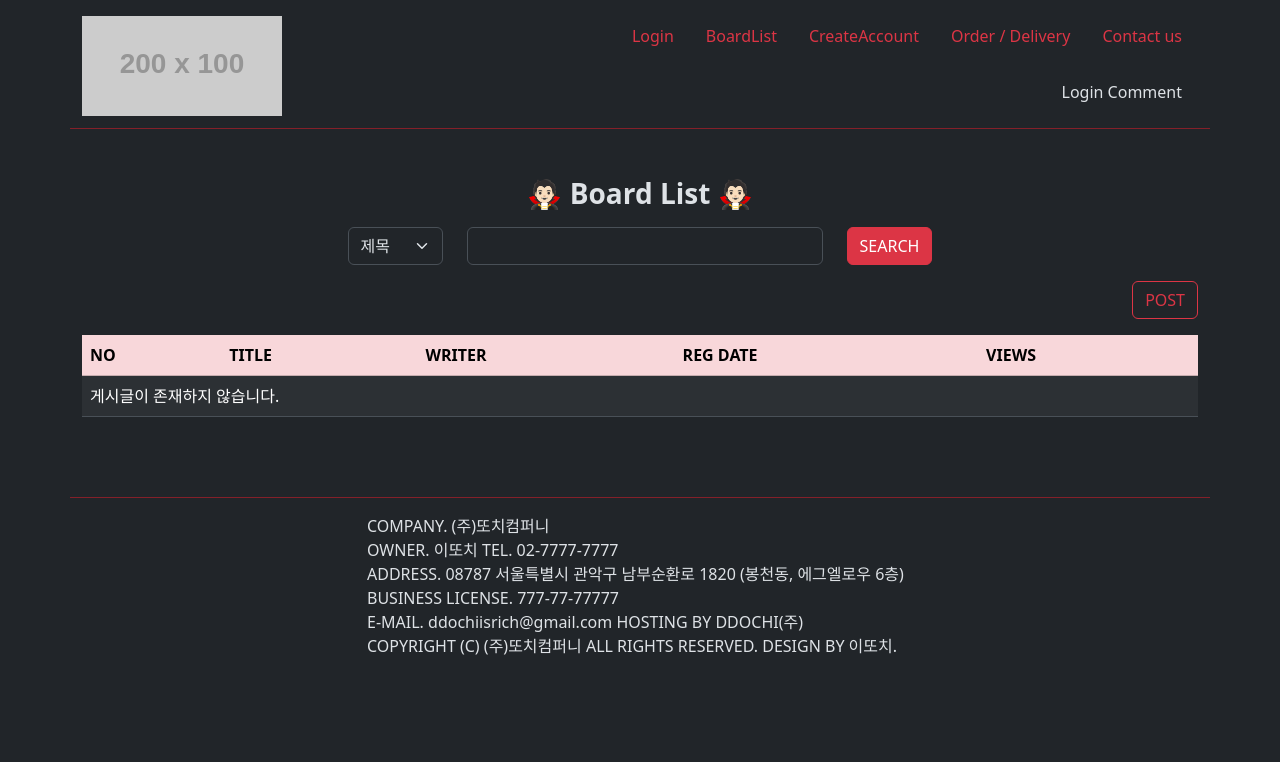
Repository: ddochiisrich/Ddochi-Web
Page: http://localhost/JSPClassCh06/WEB-INF/board/boardList.jsp
The author's editor kept a copy of each file at every save. The page is drawn from the files as they stood at one save, then again after the next save.
The browser window is 1280 px wide. The pictures show the whole page.
The page is served by Tomcat 9. Nobody is signed in. Other server files are loaded and not shown. The template is opened directly, without the code that normally fills it, so the values that code supplies are empty.

Above is the page before, as saved 2024-04-11 03:51:18.

### JSPClassCh06/src/main/webapp/WEB-INF/board/boardList.jsp
<%@ page language="java" contentType="text/html; charset=UTF-8"
	pageEncoding="UTF-8"%>
<%@ page import="java.sql.*"%>
<%@ page import="java.util.*"%>
<%@ page import="com.jspstudy.ch06.vo.*"%>
<%@ taglib prefix="c" uri="http://java.sun.com/jsp/jstl/core"%>

<!DOCTYPE html>
<html lang="ko" data-bs-theme="dark">
<head>
<meta charset="UTF-8">
<meta name="viewport" content="width=device-width, initial-scale=1">
<title>🧛🏻 Board List 🧛🏻</title>
<link href="bootstrap/bootstrap.min.css" rel="stylesheet">
</head>
<body>

	<div class="container">
		<!-- header start -->
		<%@ include file="../pages/header.jsp"%>
		<!-- header end -->
		<div class="row my-5" id="global-content">
			<div class="col">
				<H1 class="text-center fw-bold fs-3">🧛🏻 Board List 🧛🏻</H1>
				<form name="searchForm" id="searchForm" action="#"
					class="row justify-content-center my-3">
					<div class="col-auto">
						<select name="type" class="form-select">
							<option value="title">제목</option>
							<option value="writer">작성자</option>
							<option value="content">내용</option>
						</select>
					</div>
					<div class="col-4">
						<input type="text" name="keyward" id="keyward"
							class="form-control">
					</div>
					<div class="col-auto">
						<input type="submit" value="SEARCH" class="btn btn-danger">
					</div>
				</form>
				<div class="row">
					<div class="col text-end">
						<a href="writeForm" class="btn btn-outline-danger">POST</a>
					</div>
				</div>
				<div class="row my-3">
					<div class="col">
						<table class="table table-hover table-striped">
							<thead>
								<tr class="table-danger">
									<th>NO</th>
									<th>TITLE</th>
									<th>WRITER</th>
									<th>REG DATE</th>
									<th>VIEWS</th>
								</tr>
							</thead>
							<!-- 게시글이 있는 경우 -->
							<tbody>
								<c:if test="${ not empty bList }">
									<c:forEach var="board" items="${ bList }">
										<tr>
											<td>${ board.no }</td>
											<td><a href="boardDetail?no=${ board.no }">${ board.title }</a></td>
											<td>${ board.writer }</td>
											<td>${ board.regDate }</td>
											<td>${ board.readCount }</td>
										</tr>
									</c:forEach>
								</c:if>
								<!-- 게시글이 없는 경우 -->
								<c:if test="${ empty bList }">
									<tr>
										<td colspan="5">게시글이 존재하지 않습니다.</td>
									</tr>
								</c:if>
							</tbody>
						</table>
					</div>
				</div>
			</div>
		</div>
		<!-- footer start -->
		<%@ include file="../pages/footer.jsp"%>
		<!-- footer end -->
		<script src="bootstrap/bootstrap.bundle.min.js"></script>
	</div>
</body>
</html>

### JSPClassCh06/src/main/webapp/WEB-INF/pages/header.jsp
<%@ page language="java" contentType="text/html; charset=UTF-8"
    pageEncoding="UTF-8"%>
<!DOCTYPE html>
<html>
<head>
<meta charset="UTF-8">
<title>Insert title here</title>
</head>
<body>
	<div class="row border-bottom border-danger-subtle pt-3">
			<div class="col-4">
				<img
					src="https://via.placeholder.com/200X100/DC3645/ffffff ?Text=Digital.com">️
			</div>
			<div class="col-8">
				<div class="row">
					<div class="col">
						<ul class="nav justify-content-end">
							<li class="nav-item"><a class="nav-link active link-danger"
								aria-current="page" href="#">Login</a></li>
							<li class="nav-item"><a class="nav-link link-danger"
								href="boardList">BoardList</a></li>
							<li class="nav-item"><a class="nav-link link-danger"
								href="#">CreateAccount</a></li>
							<li class="nav-item"><a class="nav-link link-danger"
								href="#">Order / Delivery</a></li>
							<li class="nav-item"><a class="nav-link link-danger"
								href="#">Contact us</a></li>
						</ul>
					</div>
				</div>
				️
				<div class="row">
					<div class="col text-end me-3">Login Comment</div>
				</div>
				️
			</div>
		</div>
</body>
</html>

### JSPClassCh06/src/main/webapp/WEB-INF/pages/footer.jsp
<%@ page language="java" contentType="text/html; charset=UTF-8"
    pageEncoding="UTF-8"%>
<!DOCTYPE html>
<html>
<head>
<meta charset="UTF-8">
<title>Insert title here</title>
</head>
<body>
	<div class="row my-5 border-top border-danger-subtle"
			id="global-footer">
			<!-- footer -->

			<div class="col-3"></div>

			<div class="col-6 text-center py-3">
				<p class="text-start">
					COMPANY. (주)또치컴퍼니<br> OWNER. 이또치 TEL. 02-7777-7777<br>
					ADDRESS. 08787 서울특별시 관악구 남부순환로 1820 (봉천동, 에그엘로우 6층)<br>
					BUSINESS LICENSE. 777-77-77777 <br>
					E-MAIL. ddochiisrich@gmail.com HOSTING BY DDOCHI(주)<br>
					COPYRIGHT (C) (주)또치컴퍼니 ALL RIGHTS RESERVED. DESIGN BY 이또치.<br>
				</p>
				️
			</div>

			<div class="col-3"></div>

		</div>
</body>
</html>

Loaded but not shown: JSPClassCh06/src/main/webapp/bootstrap/bootstrap.min.css (library); JSPClassCh06/src/main/webapp/bootstrap/bootstrap.bundle.min.js (library)

After the next save:
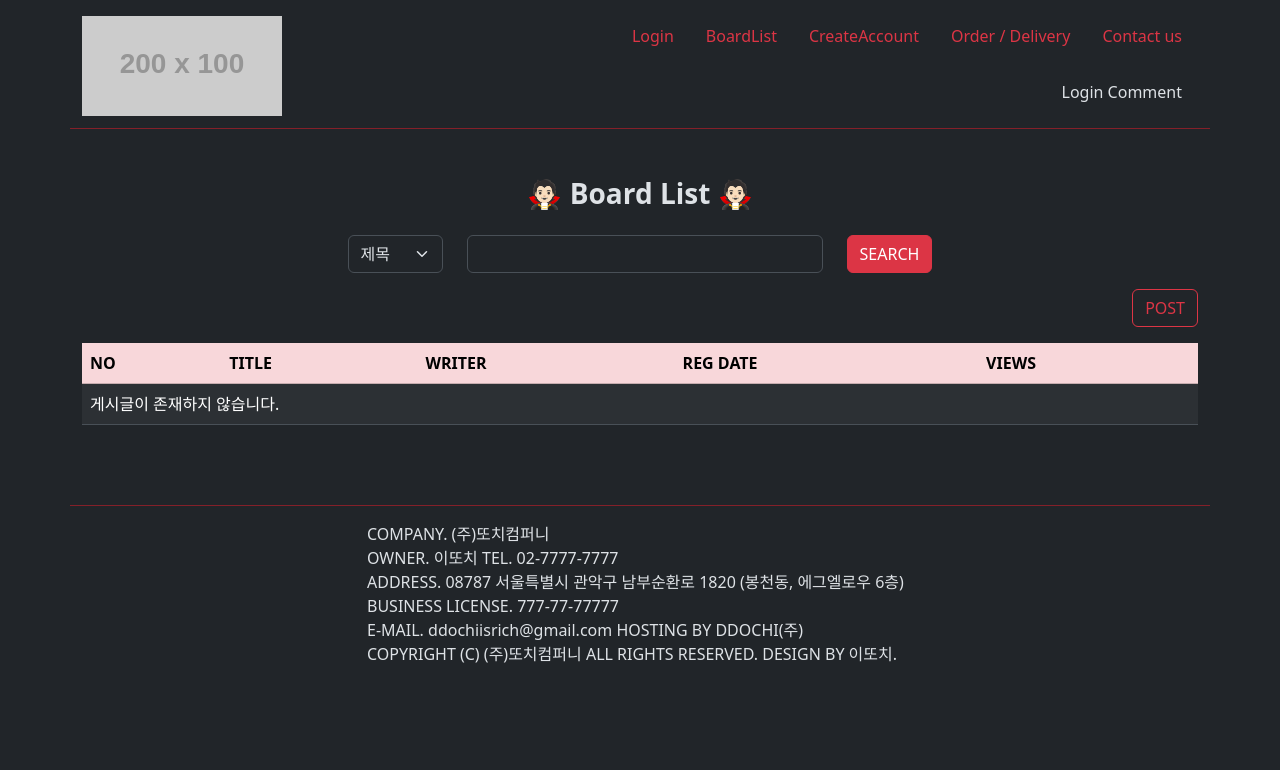
Saved 3 min 25 s later.
--- a/JSPClassCh06/src/main/webapp/WEB-INF/board/boardList.jsp
+++ b/JSPClassCh06/src/main/webapp/WEB-INF/board/boardList.jsp
@@ -14,14 +14,19 @@
 <link href="bootstrap/bootstrap.min.css" rel="stylesheet">
 </head>
 <body>
-
 	<div class="container">
 		<!-- header start -->
 		<%@ include file="../pages/header.jsp"%>
 		<!-- header end -->
+
+		<!-- content start -->
 		<div class="row my-5" id="global-content">
 			<div class="col">
+				<div class="row">
+					<div class="col">
 				<H1 class="text-center fw-bold fs-3">🧛🏻 Board List 🧛🏻</H1>
+					</div>
+				</div>
 				<form name="searchForm" id="searchForm" action="#"
 					class="row justify-content-center my-3">
 					<div class="col-auto">
